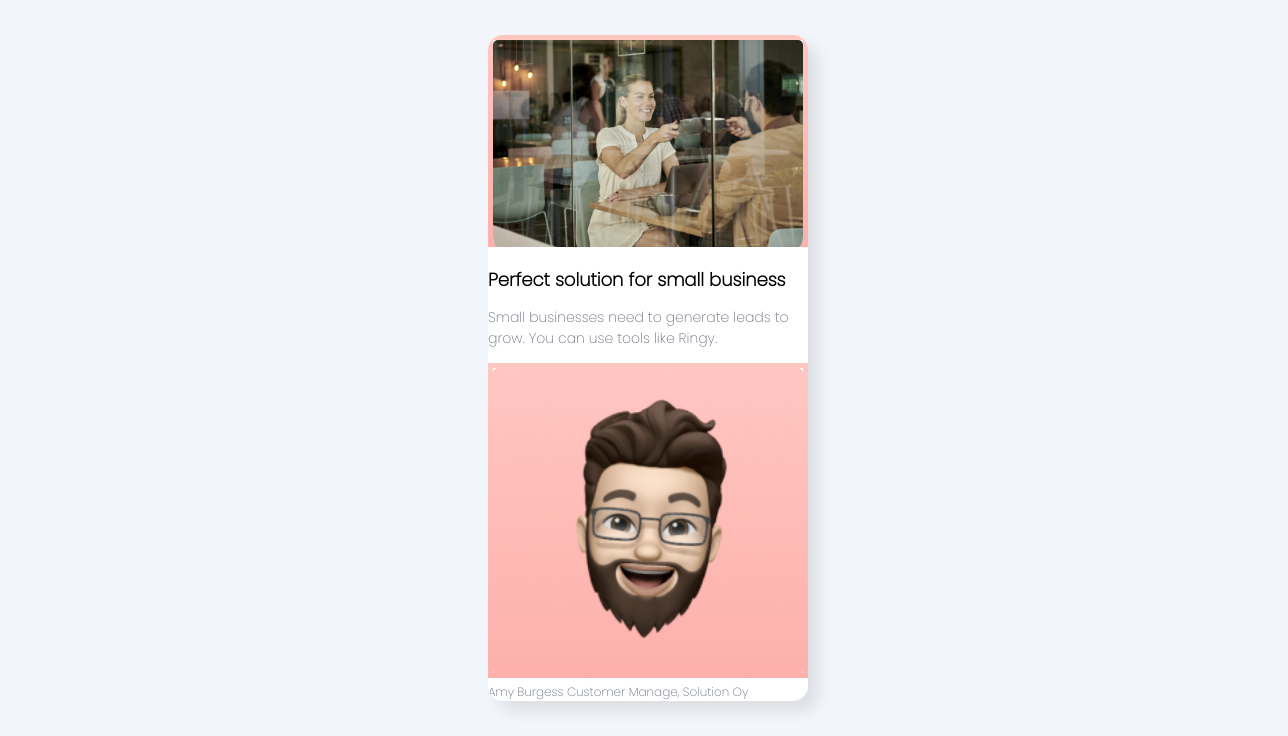
Repository: massndongo/business-blog-card
Page: index.html
The author's editor kept a copy of each file at every save. The page is drawn from the files as they stood at one save, then again after the next save.
The browser window is 1280 px wide. The page is 1288 px wide, so the pictures cover 1288 px, including what lies to the right of the window. The pictures show the whole page.

Above is the page before, as saved 2023-11-08 03:14:45.

After the next save:
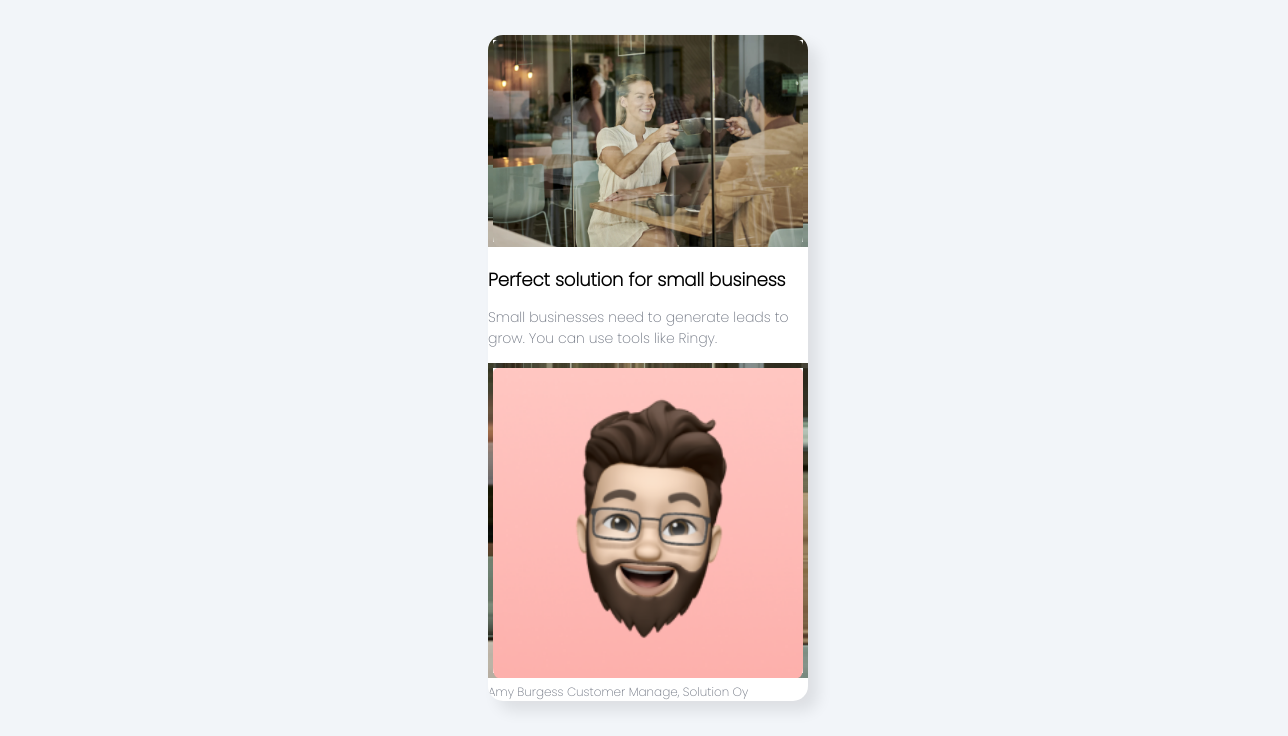
Saved 17 s later.
--- a/css/styles.css
+++ b/css/styles.css
@@ -33,7 +33,7 @@ body {
     border-top: 5px solid transparent;
     border-left: 5px solid transparent;
     border-right: 5px solid transparent;
-    border-image: url('../images/avatar-image-business-card.png') 30 round; /* Remplacez 'chemin-vers-votre-image-wavy.png' par le chemin de votre image d'onde */
+    border-image: url('../images/hero-image-business-card.png') 30 round; /* Remplacez 'chemin-vers-votre-image-wavy.png' par le chemin de votre image d'onde */
     border-image-slice: 1;
     border-image-width: 5px;
 }
